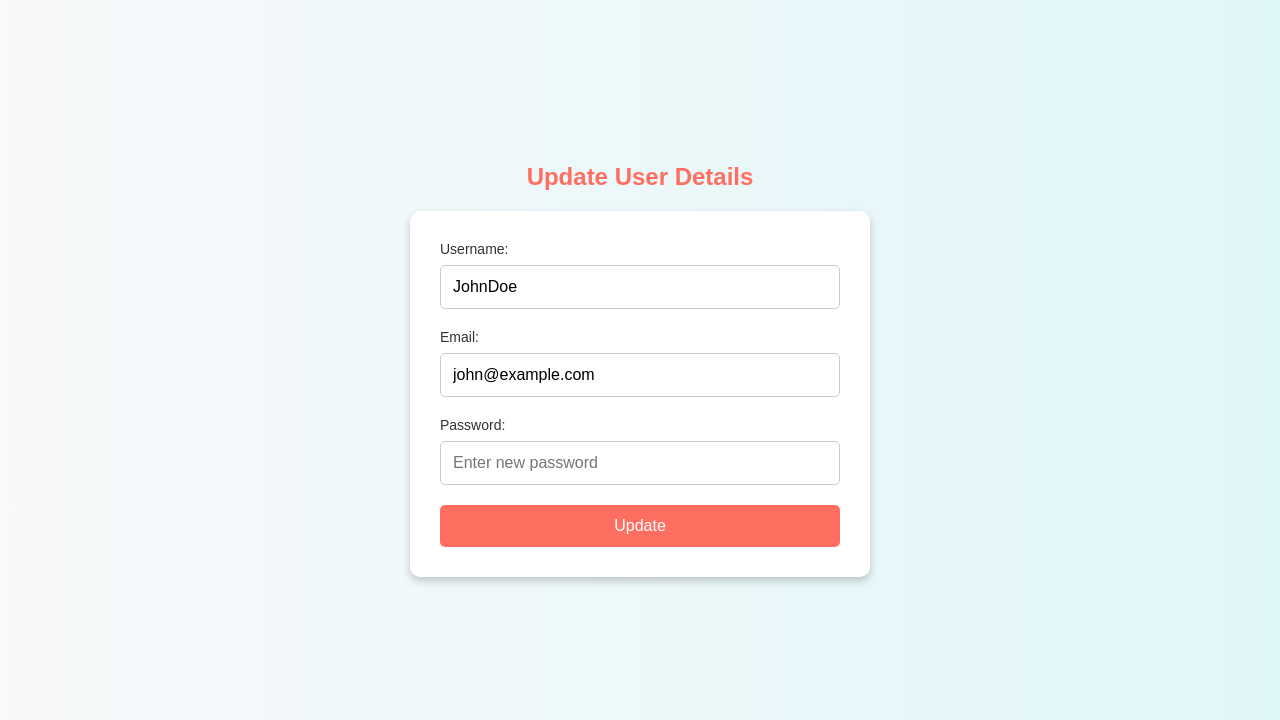
Repository: wmrmweerakoon/Online-Laundry-Management-System
Page: http://localhost/LaundryManagementSystem/Update.jsp
An editor plug-in stored every save of this project. The page is shown before and after the next save, followed by the edit.
The browser window is 1280 px wide. The pictures show the whole page.
The page is served by Tomcat 9.

Above is the page before, as saved 2024-10-07 00:04:56.

After the next save:
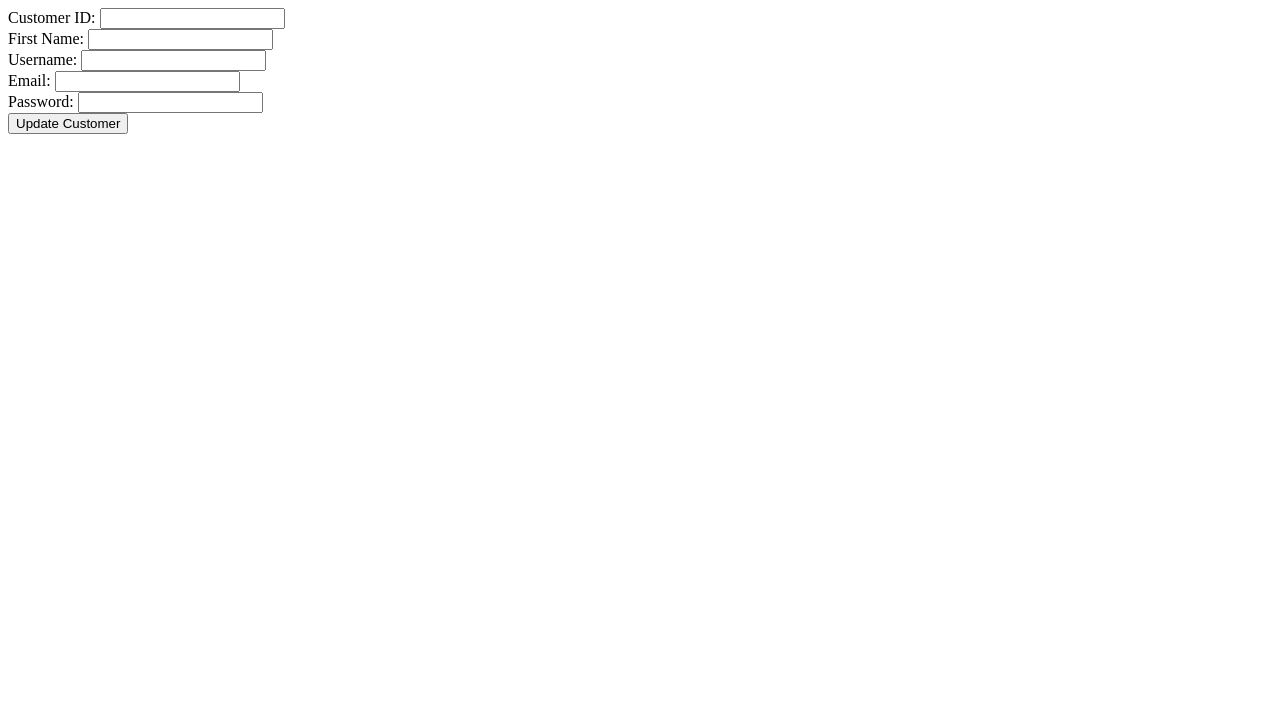
Saved 19 s later.
--- a/Projects/LaundryManagementSystem/src/main/webapp/Update.jsp
+++ b/Projects/LaundryManagementSystem/src/main/webapp/Update.jsp
@@ -1,31 +1,18 @@
-<%@ page language="java" contentType="text/html; charset=UTF-8"
-    pageEncoding="UTF-8"%>
-<!DOCTYPE html>
-<html lang="en">
-<head>
-    <meta charset="UTF-8">
-    <meta name="viewport" content="width=device-width, initial-scale=1.0">
-    <title>Update User - Online Laundry Management System</title>
-    <link rel="stylesheet" href="CSS/Update.css">
-</head>
-<body>
-    <div class="update-container">
-        <h2>Update User Details</h2>
-        <form action="update_process.jsp" method="POST">
-            <div class="form-group">
-                <label for="username">Username:</label>
-                <input type="text" id="username" name="username" value="JohnDoe">
-            </div>
-            <div class="form-group">
-                <label for="email">Email:</label>
-                <input type="email" id="email" name="email" value="john@example.com">
-            </div>
-            <div class="form-group">
-                <label for="password">Password:</label>
-                <input type="password" id="password" name="password" placeholder="Enter new password">
-            </div>
-            <button type="submit">Update</button>
-        </form>
-    </div>
-</body>
-</html>
+<form action="UpdateServlet" method="post">
+    <label for="id">Customer ID:</label>
+    <input type="text" name="id" required><br>
+
+    <label for="fname">First Name:</label>
+    <input type="text" name="fname" required><br>
+
+    <label for="uname">Username:</label>
+    <input type="text" name="uname" required><br>
+
+    <label for="email">Email:</label>
+    <input type="email" name="email" required><br>
+
+    <label for="pass">Password:</label>
+    <input type="password" name="pass" required><br>
+
+    <button type="submit">Update Customer</button>
+</form>
